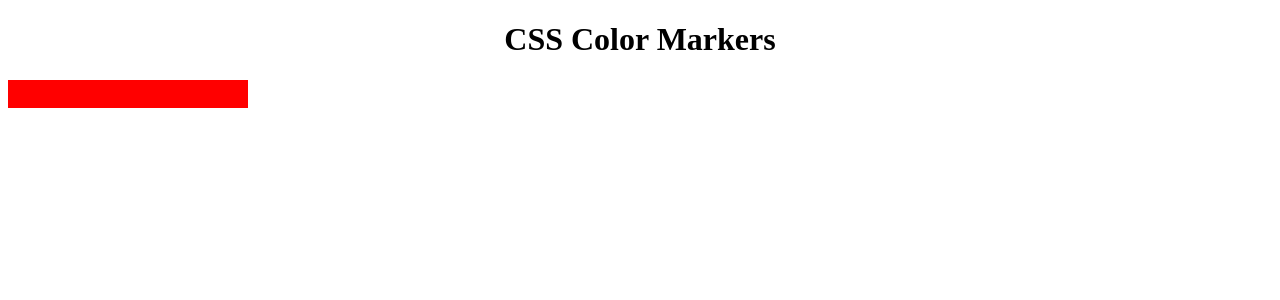
Repository: Lungdjos/color_markers
Page: index.html
The author's editor kept a copy of each file at every save. The page is drawn from the files as they stood at one save, then again after a run of saves.
The browser window is 1280 px wide. The pictures show the whole page.

Above is the page before, as saved 2023-09-13 10:55:33.

### index.html
<!DOCTYPE html>
<html lang="en">

<head>
    <meta charset="UTF-8">
    <meta name="viewport" content="width=device-width, initial-scale=1.0">
    <title>Colored Markers</title>
    <link rel="stylesheet" href="styles.css">
</head>

<body>
    <h1>CSS Color Markers</h1>
    <div class="container">
        <div class="marker"></div>
    </div>
</body>

</html>

### styles.css
/* STYLING */

h1 {
    text-align: center;
}

.marker {
    background-color: red;
    width: 240px;
    height: 28px;
    mar
}

After the next 3 saves:
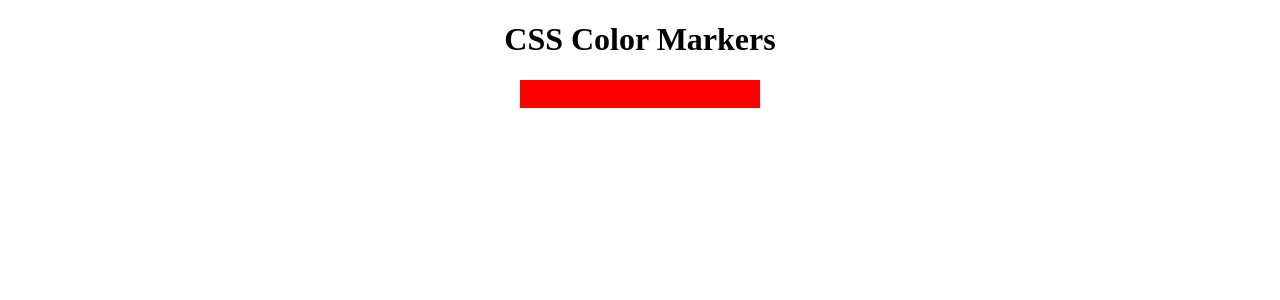
The 3 saves are shown as one change because they came seconds apart.
The last was saved 8 s later.
--- a/styles.css
+++ b/styles.css
@@ -8,5 +8,5 @@
     background-color: red;
     width: 240px;
     height: 28px;
-    mar
+    margin: auto;
 }
